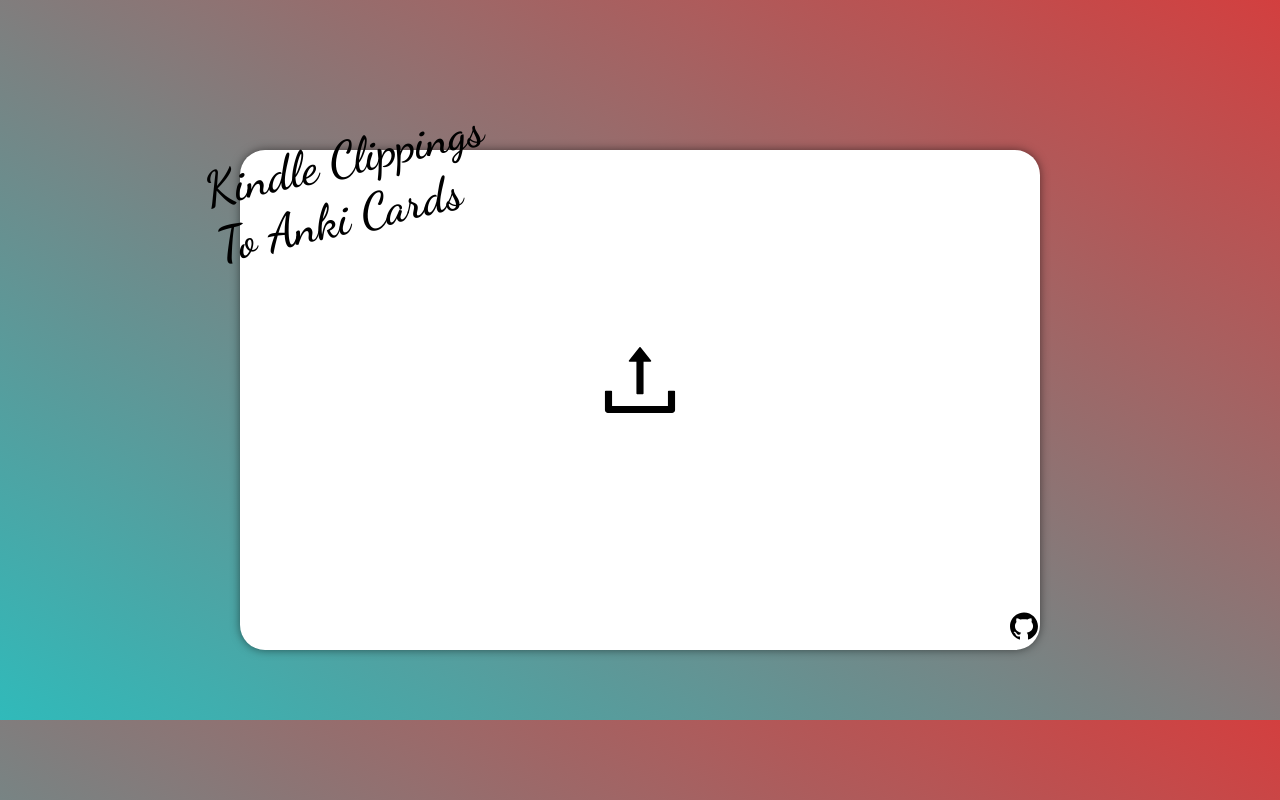
Repository: Lewisjohnward/kindle-clippings-to-cards
Page: /
The author's editor kept a copy of each file at every save. The page is drawn from the files as they stood at one save, then again after the next save.
The browser window is 1280 px wide. The pictures show the whole page.
Backgrounds fixed to the window are drawn as part of the page. The project was rebuilt for these pictures with package versions that can differ from the ones it lists, and the page was loaded fresh each time.

Above is the page before, as saved 2021-10-29 13:07:49.

### public/index.html
<!DOCTYPE html>
<html lang="en">
  <head>
    <meta charset="utf-8" />
    <link rel="icon" href="%PUBLIC_URL%/favicon.ico" />
    <meta name="viewport" content="width=device-width, initial-scale=1" />
    <meta name="theme-color" content="#000000" />
    <meta
      name="description"
      content="Web site created using create-react-app"
    />
    <link rel="apple-touch-icon" href="%PUBLIC_URL%/logo192.png" />
    <!--
      manifest.json provides metadata used when your web app is installed on a
      user's mobile device or desktop. See https://developers.google.com/web/fundamentals/web-app-manifest/
    -->
    <link rel="manifest" href="%PUBLIC_URL%/manifest.json" />
    <link rel="preconnect" href="https://fonts.googleapis.com">
<link rel="preconnect" href="https://fonts.gstatic.com" crossorigin>
<link href="https://fonts.googleapis.com/css2?family=Dancing+Script:wght@600&display=swap" rel="stylesheet">
    <!--
      Notice the use of %PUBLIC_URL% in the tags above.
      It will be replaced with the URL of the `public` folder during the build.
      Only files inside the `public` folder can be referenced from the HTML.

      Unlike "/favicon.ico" or "favicon.ico", "%PUBLIC_URL%/favicon.ico" will
      work correctly both with client-side routing and a non-root public URL.
      Learn how to configure a non-root public URL by running `npm run build`.
    -->
    <title>React App</title>
  </head>
  <body>
    <noscript>You need to enable JavaScript to run this app.</noscript>
    <div id="root"></div>
    <!--
      This HTML file is a template.
      If you open it directly in the browser, you will see an empty page.

      You can add webfonts, meta tags, or analytics to this file.
      The build step will place the bundled scripts into the <body> tag.

      To begin the development, run `npm start` or `yarn start`.
      To create a production bundle, use `npm run build` or `yarn build`.
    -->
  </body>
</html>

### src/index.js
import React from "react"
import ReactDOM from "react-dom"
import App from "./App"
ReactDOM.render(<App />, document.getElementById('root'))

### src/App.js
import { useRef } from "react";
import styled, { createGlobalStyle } from "styled-components";
import { AiOutlineUpload, AiFillGithub } from "react-icons/ai";

const GlobalStyle = createGlobalStyle`
    body{
        height: 100%;
        margin: 0;
        padding: 0;
        background-repeat: no-repeat;
        background-attachment: fixed;
        background-image: linear-gradient(
            30deg,
            rgb(48, 186, 186),
            rgb(211, 63, 63)
        );


    }
`;

const Frame = styled.div`
  display: flex;
  align-items: center;
  justify-content: center;
  height: 800px;
`;

const MainContainer = styled.div`
  position: relative;
  width: 800px;
  height: 500px;
  border-radius: 25px;
  background: white;
  box-shadow: 0px 0px 10px 0px rgba(0, 0, 0, 0.5);
`;
const TitleContainer = styled.div`
  position: absolute;
  top: -4%;
  left:  -4%;
  transform: rotate(-13deg);
  font-family: "Dancing Script", cursive;
  font-size: 3rem;
`;
const Title = styled.p`
  margin: 0;
  padding: 0;
`;

const CenterContainer = styled.div`
  display: flex;
  justify-content: center;
  align-items: center;
  height: 92%;
`;

const UploadIcon = styled(AiOutlineUpload)`
  font-size: 6em;
  color: black;
  cursor: pointer;

  &:hover {
    transform: scale(1.05);
    text-shadow: 0px 0px 10px rgba(0, 0, 0, 0.2);
  }
`;

const ExternalLinkContainer = styled.div`
  position: absolute;
  right: 0;
`;

const GithubIcon = styled(AiFillGithub)`
  font-size: 2em;
  color: black;
  cursor: pointer;

  &:hover {
    transform: scale(1.05);
    text-shadow: 0px 0px 10px rgba(0, 0, 0, 0.2);
  }
`;

const Input = styled.input.attrs({
  type: "file",
})`
  display: none;
`;

const App = () => {
  const inputFile = useRef(null);

  const onButtonClick = () => {
    // `current` points to the mounted file input element
    inputFile.current.click();
  };

  return (
    <>
      <GlobalStyle />
      <Frame>
        <MainContainer>
          <TitleContainer>
            <Title>Kindle Clippings</Title>
            <Title>To Anki Cards</Title>
          </TitleContainer>
          <CenterContainer>
            <UploadIcon onClick={onButtonClick} />
            <Input ref={inputFile} />
          </CenterContainer>
          <ExternalLinkContainer>
            <GithubIcon />
          </ExternalLinkContainer>
        </MainContainer>
      </Frame>
    </>
  );
};

export default App;

After the next save:
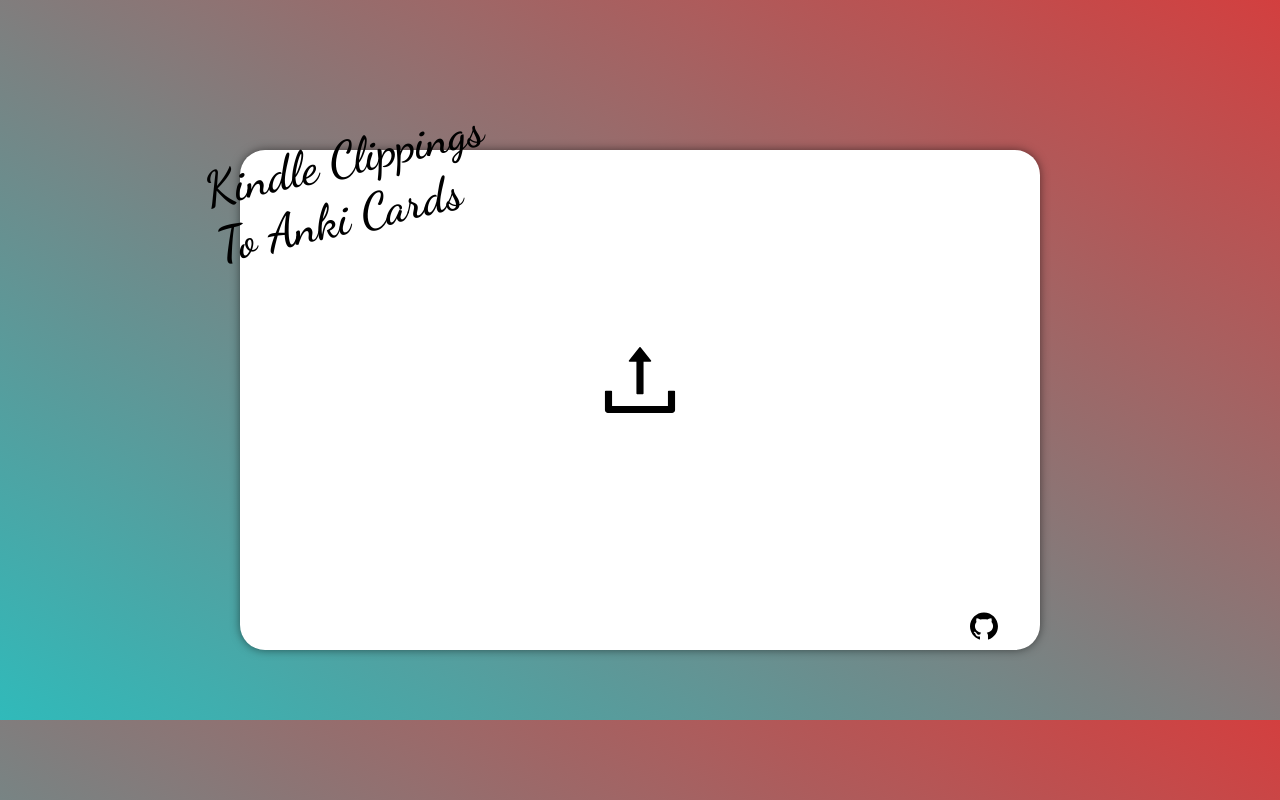
Saved 5 s later.
--- a/src/App.js
+++ b/src/App.js
@@ -67,7 +67,7 @@
 
 const ExternalLinkContainer = styled.div`
   position: absolute;
-  right: 0;
+  right: 5%;
 `;
 
 const GithubIcon = styled(AiFillGithub)`
